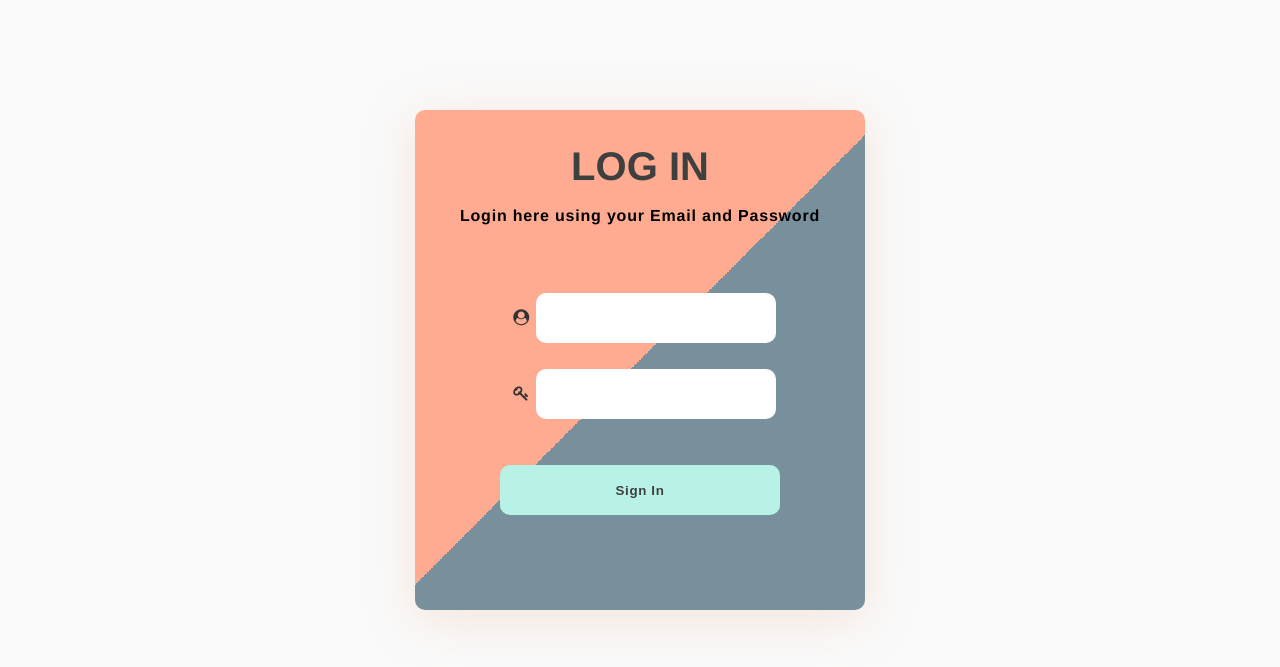
Repository: DhanushPrabha22/Zoho-Mini-Project
Page: http://localhost/ToDo_List/
The author's editor kept a copy of each file at every save. The page is drawn from the files as they stood at one save, then again after the next save.
The browser window is 1280 px wide. The pictures show the whole page.
Some web libraries are served in a nearby version. The page is served by Tomcat 9.

Above is the page before, as saved 2021-03-17 05:54:57.

After the next save:
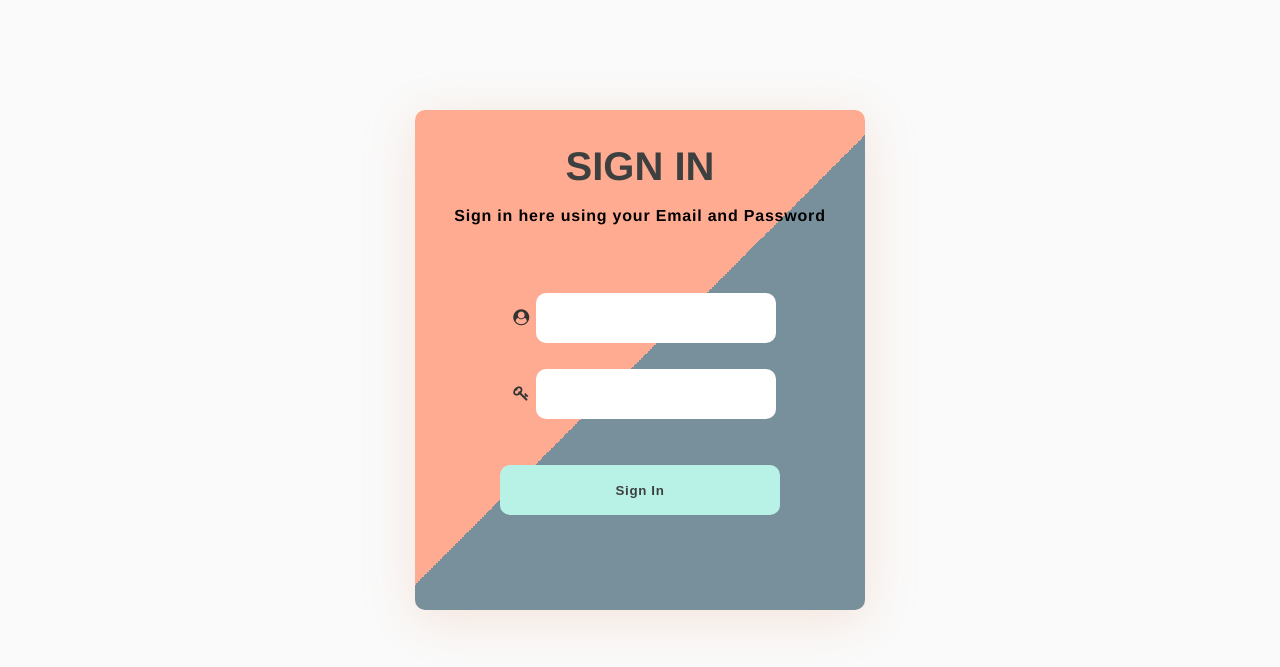
Saved 19 s later.
--- a/Todo Eclipse/ToDo_List/WebContent/sign_in.jsp
+++ b/Todo Eclipse/ToDo_List/WebContent/sign_in.jsp
@@ -25,10 +25,10 @@ Created By Dhanush L
 		<div class="con">
 			<!--     Start  header Content  -->
 			<header class="head-form">
-				<h2>LOG IN</h2>
+				<h2>SIGN IN</h2>
 				<!--     A welcome message or an explanation of the login form -->
 				<br>
-				<p><b>Login here using your Email and Password</b></p>
+				<p><b>Sign in here using your Email and Password</b></p>
 			</header>
 			<br>
 			<div class="field-set">
